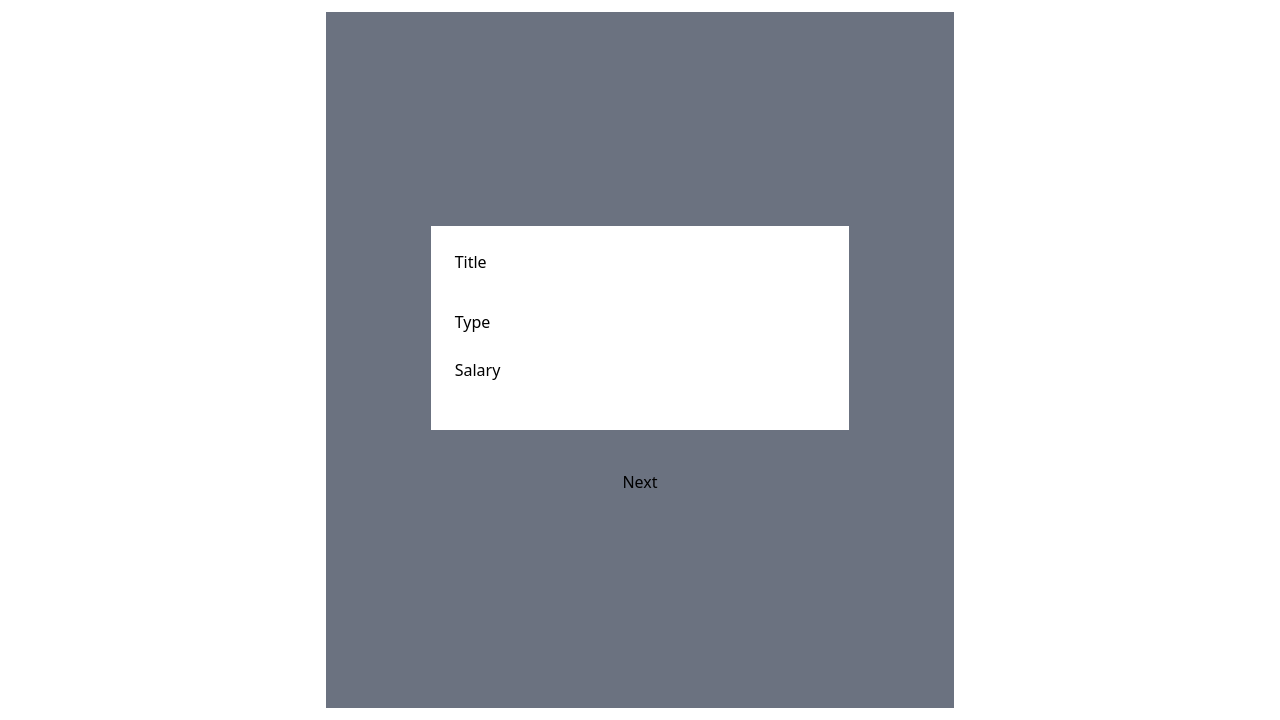
Repository: Abdibaye/Job-Sphere
Page: /form
An editor plug-in stored every save of this project. The page is shown before and after the next save, followed by the edit.
The browser window is 1280 px wide. The pictures show the whole page.
The project was rebuilt for these pictures with package versions that can differ from the ones it lists, and the page was loaded fresh each time. Also part of the build but not shown: vite.config.js, src/components/search.jsx, src/components/navbar.jsx, src/pages/descriptionpage.jsx, src/components/job.jsx, src/components/feed.jsx, src/components/saved.jsx, src/components/filter.jsx and 4 more.

Above is the page before, as saved 2025-02-22 22:45:36.

After the next save:
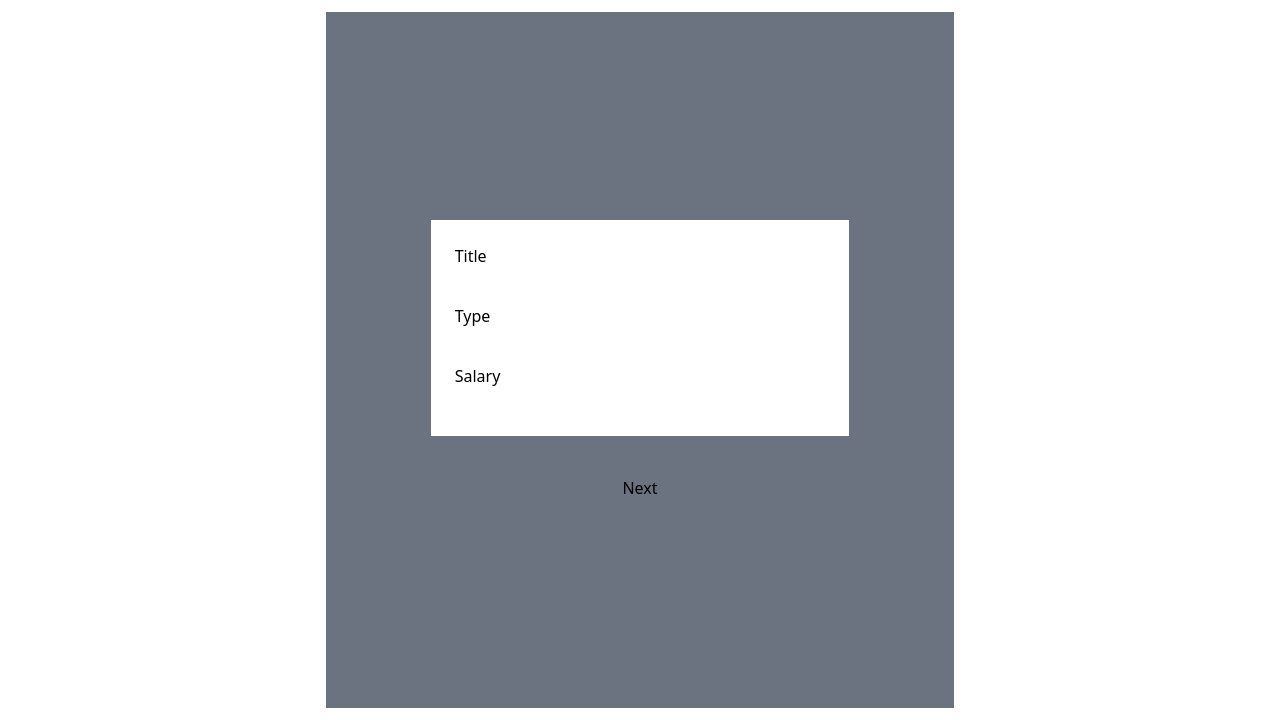
Saved 15 s later.
--- a/src/components/form.jsx
+++ b/src/components/form.jsx
@@ -7,7 +7,7 @@ function Form(){
               <div className="bg-[#fff] w-2/3 h-fit flex flex-col justify-center p-6 ">
                 <p className="mb-3">Title</p>
                 <input type="text" />
-                <p>Type</p>
+                <p className="mb-3">Type</p>
                 <input type="text" />
                 <p>Salary</p>
                 <input type="text" />
